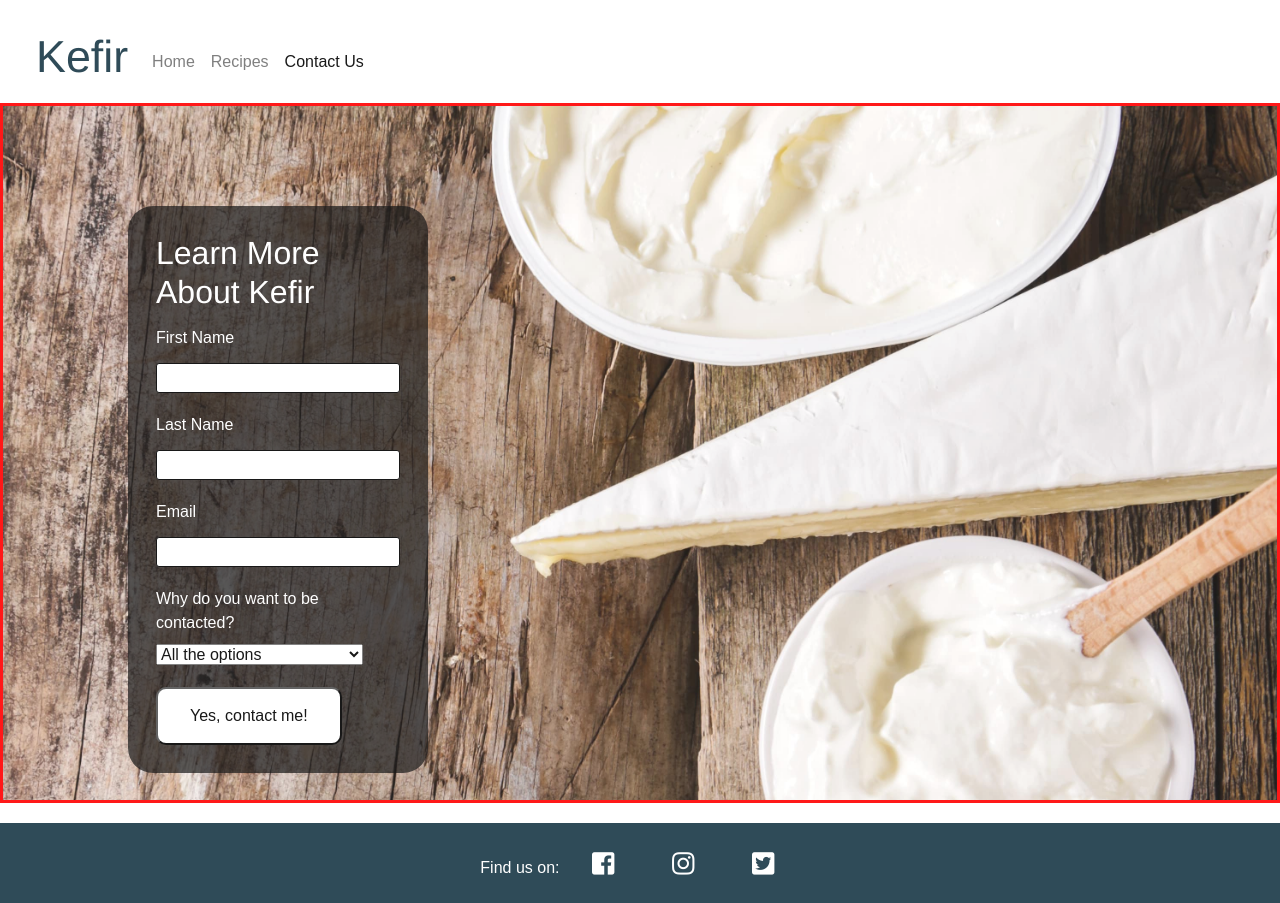
Repository: Code-Institute-Submissions/andna5980-kefir-repo_JuneResub
Page: contact.html
These files come from the project's save history. The page is drawn as it stood at one moment and after the next save; the edit follows.
The browser window is 1280 px wide. The pictures show the whole page.
Some web fonts or font styles are not loaded; a fallback is used. Some web libraries are served in a nearby version.

Above is the page before, as saved 2021-03-02 23:11:30.

After the next save:
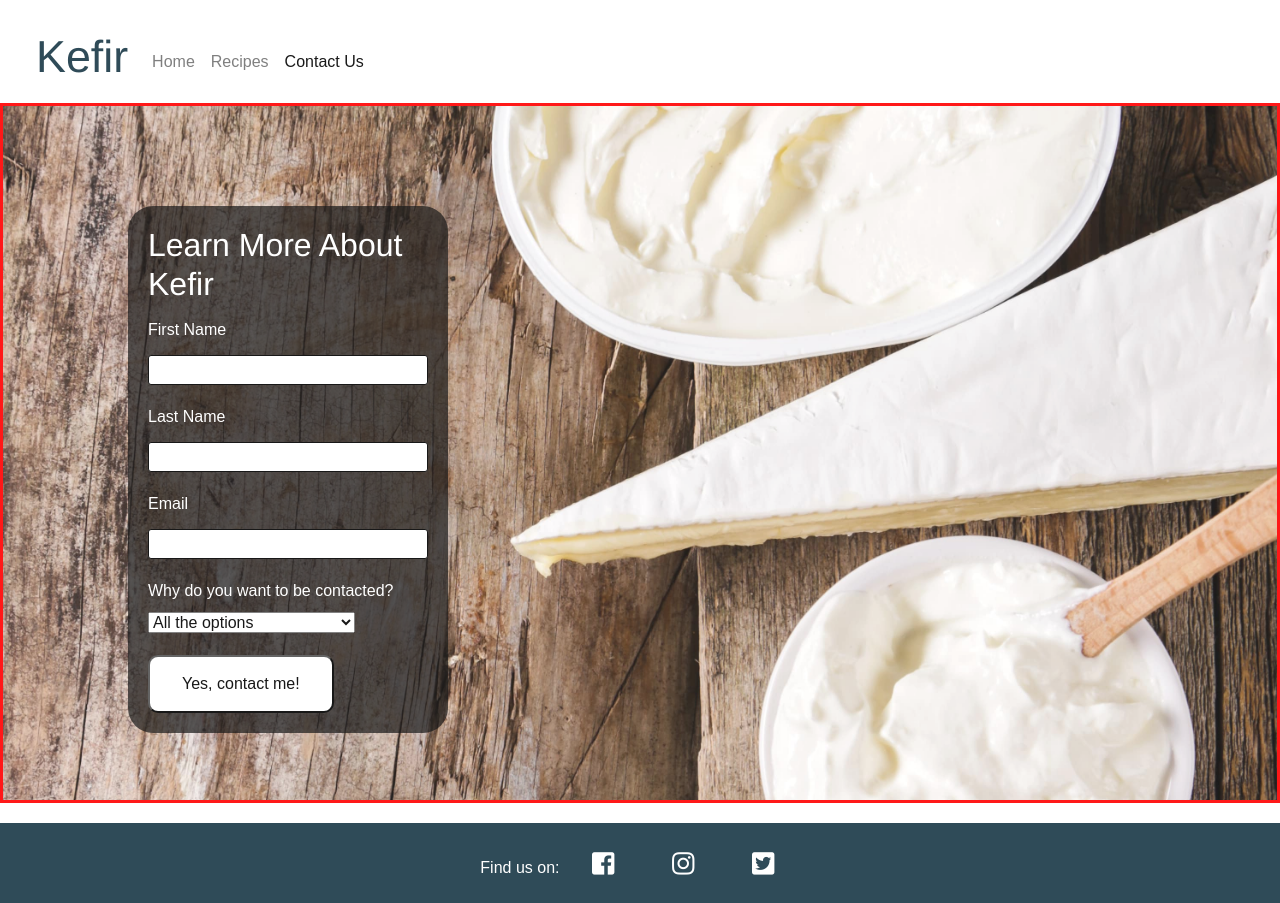
Saved 5 min 59 s later.
--- a/assets/styles/style.css
+++ b/assets/styles/style.css
@@ -210,10 +210,10 @@ h1, h2, h3 {
     margin-top: 100px;
     color: white;
     background-color: rgba(0, 0, 0, 0.7);
-    max-width: 300px;
+    max-width: 320px;
     position: absolute;
     left: 10%;
-    padding: 28px;
+    padding: 20px;
     border-radius: 25px;
 }
 
